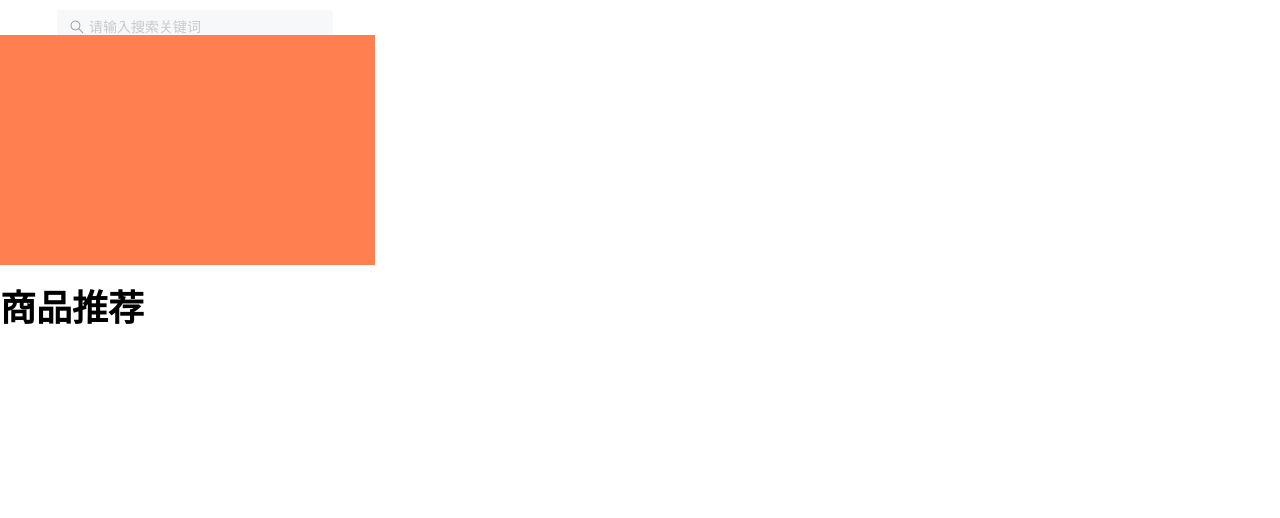
Repository: liyang777777/shangcheng
Page: /
The author's editor kept a copy of each file at every save. The page is drawn from the files as they stood at one save, then again after the next save.
The browser window is 1280 px wide. The pictures show the whole page.
The page's requests for data from a server got no answer. The project was rebuilt for these pictures with package versions that can differ from the ones it lists, and the page was loaded fresh each time. No one was signed in, and anything a server would have sent is missing. Also part of the build but not shown: vue.config.js. Imported but missing from the stored project, and not drawn on this page: src/views/About.

Above is the page before, as saved 2020-06-23 11:53:31.

### src/main.js
import Vue from 'vue';
import App from './App.vue';
import router from './router';
import store from './store';
import Vant from 'vant';
import 'vant/lib/index.css';
import api from '../src/http/api'
import { Form } from 'vant';
import { Search } from 'vant';
import { Swipe, SwipeItem } from 'vant';
import { Image as VanImage } from 'vant';
import { Card } from 'vant';
import { Icon } from 'vant';

Vue.config.productionTip = false
Vue.use(Vant);
Vue.prototype.$api = api
Vue.use(Form);
Vue.use(Search);
Vue.use(Swipe);
Vue.use(SwipeItem);
Vue.use(VanImage);
Vue.use(Card);
Vue.use(Icon);

new Vue({
  router,
  store,
  render: h => h(App)
}).$mount('#app')

### src/App.vue
<template>
  <div id="app">

    <router-view/>
  </div>
</template>

<style lang="scss">

</style>

### src/router/index.js
import Vue from 'vue'
import VueRouter from 'vue-router'
import Home from '../views/Home.vue'


Vue.use(VueRouter)

  const routes = [
  {
    path: '/',
    name: 'Home',
    component: Home
  },
  {
    path: '/about',
    name: 'About',

    component: () => import('../views/About')
  },
  {
    path: '/details',
    name: 'Details',

    component: () => import('../views/details/Details')
  },
  {
    path: '/login',
    name: 'Login',

    component: () => import('../views/login/Login')
  }
]

const router = new VueRouter({
  mode: 'history',
  base: process.env.BASE_URL,
  routes
})

export default router

### src/store/index.js
import Vue from 'vue'
import Vuex from 'vuex'

Vue.use(Vuex)

export default new Vuex.Store({
  state: {
    slides: [],
    category: [],
    recommend: []
  },
  mutations: {
    setSlides(state,data) {
      state.slides = data
    },
    setCategory(state,data) {
      state.category = data
    },
    setRecommend(state,data) {
      state.recommend = data
    }
  },
  actions: {
  },
  modules: {
  }
})

### src/http/api.js
import service from './index'

export default {
    // login(params) {
    //     return service.post('/user/login',params)
    // },
    // 获取首页数据
    getDataHome() {
        return service.get('/recommend')
    },
    // 搜索
    getDataSearch(value) {
        return service.get('/search')
    },
    // 分类查询
    getDataQuery(id) {
        return service.get('/classification?mallSubId=${id}')
    },
    // 查询获取购物车数据
    getDataCart() {
        return service.get('/getCard')
    },
    // 单个商品详情
    getDataSingle() {
        return service.get('/goods/one?id=${id}')
    },
    //  查询用户订单数量
    getDataUser() {
        return service.get('/myOrder/orderNum')
    },
    //  获取登录注册默认验证码
    getDataCode() {
        return service.get('/v1/verify')
    },
    // 查询用户收货地址
    getDataCustomer() {
        return service.get('/getAddress')
    },
    // 查询默认收货地址
    getDataDefault() {
        return service.get('/getDefaultAddress')
    },
    // 查询我的收藏
    getDataCollection() {
        return service.get('/collection/list')
    },
    // 订单查询
    getDataOrquery() {
        return service.get('/getMyOrder')
    },
    // 查询已评价
    getDataEvaluated() {
        return service.get('/alreadyEvaluated')
    },
    // 查询未评价
    getDataNotEvaluated() {
        return service.get('/tobeEvaluated')
    },
    // 购物车加减商品
    getEditCart(count, id, mallPrice) {
        return service.post('/editCart', {
            count,
            id,
            mallPrice
        })
    },
    // 购物车商品删除
    getDeleteShop(id) {
        return service.post('/deleteShop', {
            id
        })
    },
    // 购物车支付页面
    getder(address, tel, orderld, totalPrice, idDirect, count) {
        return service.post('/order', {
            address,
            tel,
            orderld,
            totalPrice,
            idDirect,
            count
        })
    },
    // 收藏单个商品
    getCollection(goods) {
        return service.post('/collection', {
            goods
        })
    },
    // 取消收藏
    getCancelCollection(id) {
        return service.post('/cancelCollection', {
            id
        })
    },
    // 查询商品是否已收藏
    getIsCollection(id) {
        return service.post('/isCollection', {
            id
        })
    },
    // 加入购物车
    getAddShop(id) {
        return service.post('/addShop', {
            id
        })
    },
// 退出登录
    getLoginOut() {
        return service.post('/loginOut')
    },
    // 获取用户信息
    getQueryUser() {
        return service.post('/queryUser')
    },
    // 修改保存用户信息
    getSaveUser() {
        return service.post('/saveUser', {
            year,
            month,
            day,
            id,
            nickname
        })
    },
    // 商品评论
    getGoodsOne() {
        return service.post('/goodsOne/comment', {
            id,
            rate,
            content,
            anonymous,
            _id,
            order_id,
            image
        })
    },
    // 设置默认收货地址
    getSetDefaultAddress() {
        return service.post('/setDefaultAddress',{
            id
        })
    },
    // 增加收货地址
    getName() {
        return service.post('/address', {
            name,
            tel,
            address,
            isDefault,
            province,
            city,
            county,
            addressDetail,
            areaCode,
            id
        })
    },
    // 删除地址
    getDeleteAddress() {
        return service.post('/deleteAddress',{
            id
        })
    },
    // 注册
    getRegister() {
        return service.post('/register',{
            nickname,
            password,
            verify
        })
    },
    // 登录
    getLogin() {
        return service.post('/login',{
            nickname,
            password,
            verify
        })
    },
    // 查询单条评论
    getEluateOne() {
        return service.post('/evaluateOne',{
            id,
            _id
        })
    }
}

### src/views/Home.vue
<template>
  <div class="All">
    <div>
      <Nav></Nav>
    </div>
    <div>
      <Roc></Roc>
    </div>
     <div>
      <Mip></Mip>
    </div>
     <div>
      <Prre></Prre>
    </div>
  </div>
</template>

<script>
import axios from "axios";
import Nav from "../components/Nav";
import Roc from "../components/Roc";
import Mip from "../components/Mip"
import Prre from "../components/Prre"
export default {
  name: "",
  props: {},
  components: {
    Nav,
    Roc,
    Mip,
    Prre
  },
  data() {
    return {};
  },
  methods: {},
  mounted() {
    this.$api
      .getDataHome()
      .then(res => {
        this.$store.commit("setSlides", res.data.slides);
        this.$store.commit("setCategory",res.data.category)
        this.$store.commit("setRecommend",res.data.recommend)
        console.log(res.data.recommend);
      })
      .catch(err => {
        console.log(err);
      });
  },
  watch: {},
  computed: {}
};
</script>

<style scoped lang='scss'>

</style>

### src/http/index.js
import axios from 'axios'
const service = axios.create({
    baseURL: '/api',
    timeout: 10000
})


service.interceptors.response.use( res => {
    return res.data
})


export default service

### src/components/Nav.vue
<template>
  <!-- 顶部 -->
  <div class="content">
    <div class="box2">
      <van-search v-model="value" placeholder="请输入搜索关键词" />
    </div>
  </div>
</template>

<script>
import { Toast } from "vant";
export default {
  name: "",
  props: {},
  components: {},
  data() {
    return {
      value: ""
    };
  },
  methods: {},
  mounted() {},
  watch: {},
  computed: {}
};
</script>

<style scoped lang='scss'>
.box2 {
  width: 300px;
  height: 25px;
  margin-left: 45px;
  font-size: 18px;
}
</style>

### src/components/Roc.vue
<template>
<!-- 轮播图 -->
  <div class="box">
    <van-swipe :autoplay="3000">
      <van-swipe-item v-for="(item, index) in slides" :key="index">
        <img v-lazy="item.image" class="img">
      </van-swipe-item>
    </van-swipe>
  </div>
</template>

<script>
import Vue from "vue";
import { Lazyload } from "vant";
Vue.use(Lazyload);

export default {
  name: "",
  props: {

  },
  components: {},
  data() {
    return {

    };
  },
  methods: {},
  mounted() {},
  watch: {},
  computed: {
    slides() {
      return this.$store.state.slides;
    }
  }
};
</script>

<style scoped lang='scss'>
.img {
    width: 375px;
    height: 200px;
    margin-top: 30px;
}
</style>

### src/components/Mip.vue
<template>
  <!-- 中间部分 -->
  <div>
    <div class="box">
      <div v-for="(item,index) in category" :key="index" class="box1">
        <img :src="item.image" class="img" />
        <div class="name">{{item.mallCategoryName}}</div>
      </div>
      <div>
        <img src="https://images.baixingliangfan.cn/advertesPicture/20180404/20180404085441_850.gif" class="img1">
      </div>
    </div>
  </div>
</template>

<script>
export default {
  name: "",
  props: {},
  components: {},
  data() {
    return {};
  },
  methods: {},
  mounted() {},
  watch: {},
  computed: {
    category() {
      return this.$store.state.category;
    }
  }
};
</script>

<style scoped lang='scss'>
.box {
  width: 375px;
  height: 230px;
  display: flex;
  position: relative;
  background: coral;
  top: 10px;
}
.img {
  width: 50px;
  height: 50px;
  margin-left: 20px;
  margin-top: 20px;
}
.name {
  margin-left: 10px;
}
.img1 {
  width: 300px;
  height: 50px;
  margin-top: 120px;
  margin-left: -300px;
}
</style>

### src/components/Prre.vue
<template>
  <!-- 商品推荐 -->
  <div>
    <div class="box">
      <h1>商品推荐</h1>
    </div>
    <div class="box1">
      <div v-for="(item,index) in recommend" :key="index">
        <div>
          <img :src="item.image" class="img" />
        </div>
        <div>{{item.goodsName}}</div>
        <div>{{item.mallPrice}}</div>
        <div>{{item.price}}</div>
        <van-icon name="cart-o" color="#FFA82E" />
        <van-tag plain type="danger">查看详情</van-tag>
      </div>
    </div>
  </div>
</template>

<script>
export default {
  name: "",
  props: {},
  components: {},
  data() {
    return {};
  },
  methods: {},
  mounted() {},
  watch: {},
  computed: {
    recommend() {
      return this.$store.state.recommend;
    }
  }
};
</script>

<style scoped lang='scss'>
.box {
  width: 200px;
  height: 100px;
  font-size: 18px;
}
.box1 {
  width: 375px;
  height: 100px;
  display: flex;
  margin-left: 0px;
}
</style>

Loaded but not shown: public/index.html (common file)

After the next save:
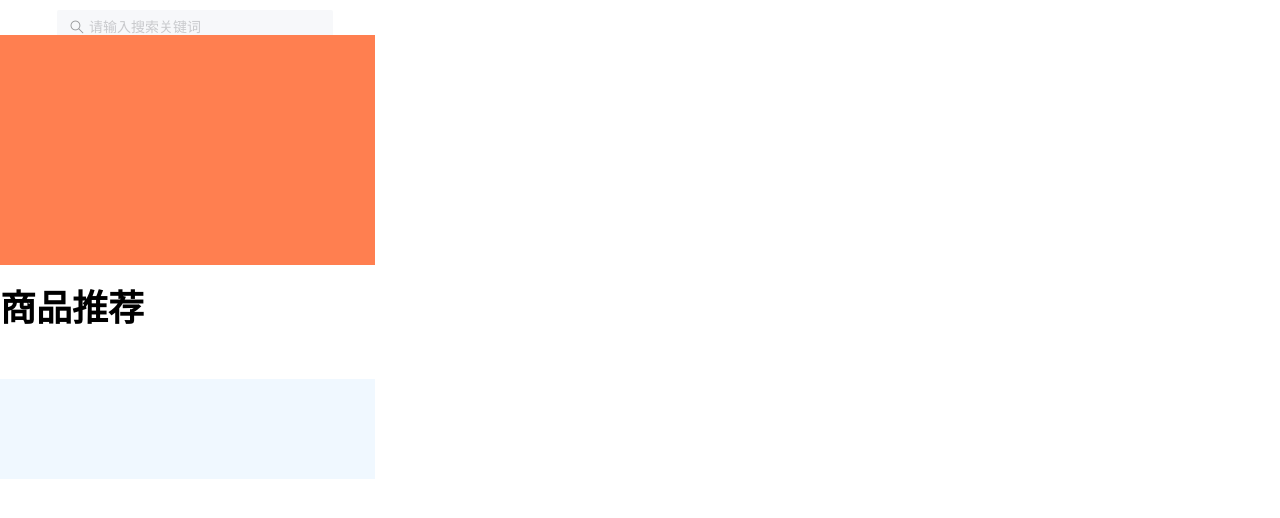
Saved 84 s later.
--- a/src/components/Prre.vue
+++ b/src/components/Prre.vue
@@ -49,5 +49,6 @@ export default {
   height: 100px;
   display: flex;
   margin-left: 0px;
+  background: aliceblue;
 }
 </style>
